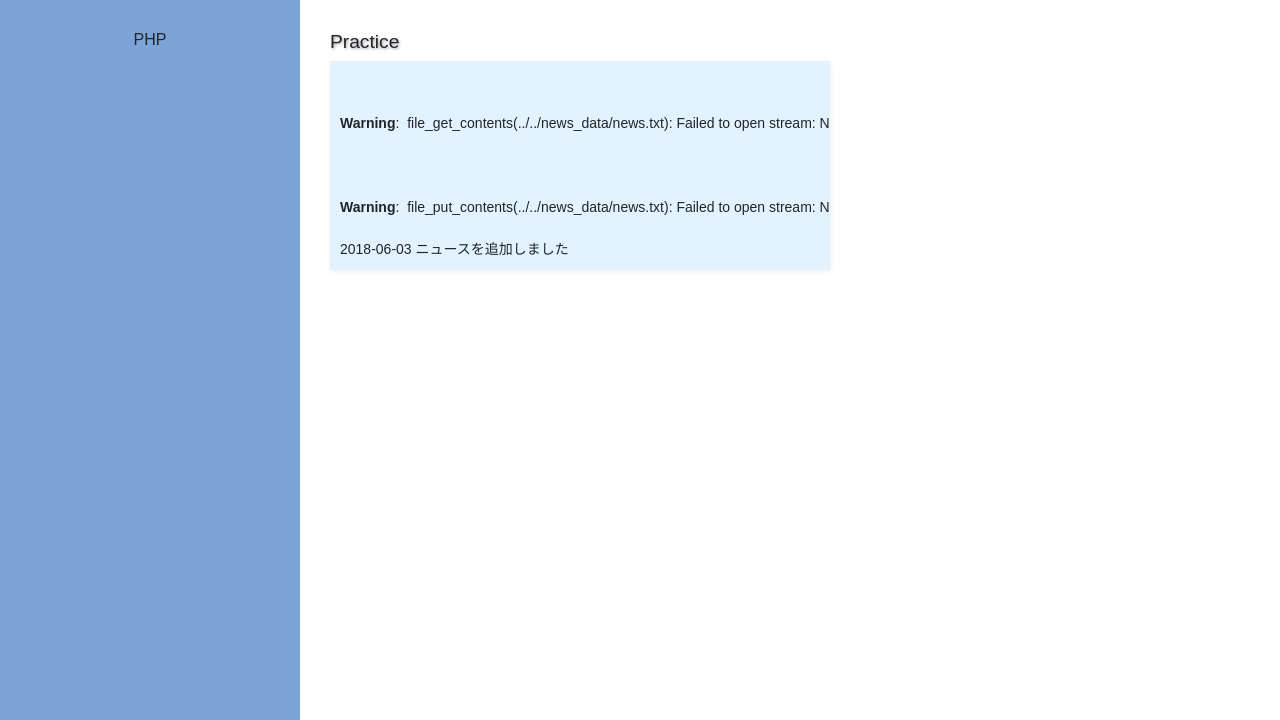
Repository: takeco/practice
Page: http://localhost/php/sample14.php
These files come from the project's save history. The page is drawn as it stood at one moment and after a run of saves; the edit follows.
The browser window is 1280 px wide. The pictures show the whole page.
The page is run by PHP 8.4 with error messages shown; the project is at /var/www/html/.

Above is the page before, as saved 2020-09-26 09:15:56.

### php/sample14.php
<!doctype html>
<html lang="ja">
<head>
<!-- Required meta tags -->
<meta charset="utf-8">
<meta name="viewport" content="width=device-width, initial-scale=1, shrink-to-fit=no">

<!-- Bootstrap CSS -->
<link rel="stylesheet" href="css/style.css">

<title>PHP</title>
</head>
<body>
<header>
<h1 class="font-weight-normal">PHP</h1>
</header>

<main>
<h2>Practice</h2>
<pre>
<?php
$news = file_get_contents('../../news_data/news.txt');
$news .= "2018-06-03 ニュースを追加しました";
file_put_contents('../../news_data/news.txt', $news);

print($news);

?>
</pre>
</main>
</body>
</html>

### php/css/style.css
@import url(bootstrap.min.css);

body,
pre {
  font-family: "游ゴシック Medium", "游ゴシック体", "Yu Gothic Medium", YuGothic, sans-serif;
}
header {
  text-align: center;
  position: fixed;
  top: 0;
  left: 0;
  width: 300px;
  height: 100vh;
  background-color: #7CA4D7
}
header h1 {
  font-size: 100%;
  margin-top: 30px;
}
header h1 span {
  display: block;
}
main {
  margin-left: 300px;
  padding: 30px;
}
main h2 {
  font-size: 120%;
  text-shadow: 1px 1px 3px #999;
}
main h2 img {
  height: 1em;
}
pre {
  min-height: 100px;
  padding: 10px;
  background-color: #e3f2ff;
  box-shadow: 1px 1px 5px #eee;
  width: 500px;
}
hr {
  border-color: #7CA4D7;
}
.content {
  margin-top: 30px;
}
form {
  margin-top: 50px;
}
time {
  color: #999;
  font-size: 80%;
}
article {
  margin-top: 30px;
}

/* .row-indication{
  font-size: 30px;
  display: flex;
  flex-direction: row;
} */

### news_data/news.txt
2020-09-26-Sat  ニュースを追加しました

2018-06-01-Sat ホームページをリニューアルしました

Loaded but not shown: php/css/bootstrap.min.css (library)

After the next 2 saves:
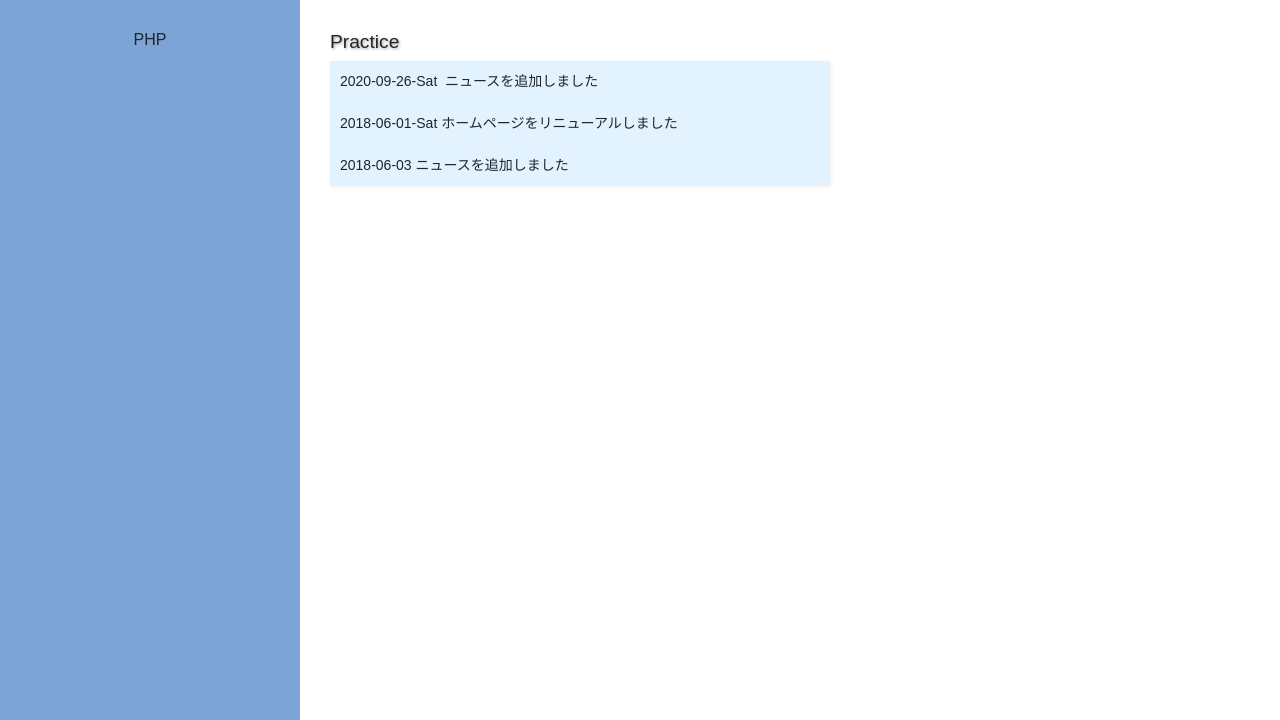
The 2 saves are shown as one change because they came seconds apart.
The last was saved 83 s later.
--- a/php/sample14.php
+++ b/php/sample14.php
@@ -19,9 +19,9 @@
 <h2>Practice</h2>
 <pre>
 <?php
-$news = file_get_contents('../../news_data/news.txt');
+$news = file_get_contents('../news_data/news.txt');
 $news .= "2018-06-03 ニュースを追加しました";
-file_put_contents('../../news_data/news.txt', $news);
+file_put_contents('../news_data/news.txt', $news);
 
 print($news);
 
